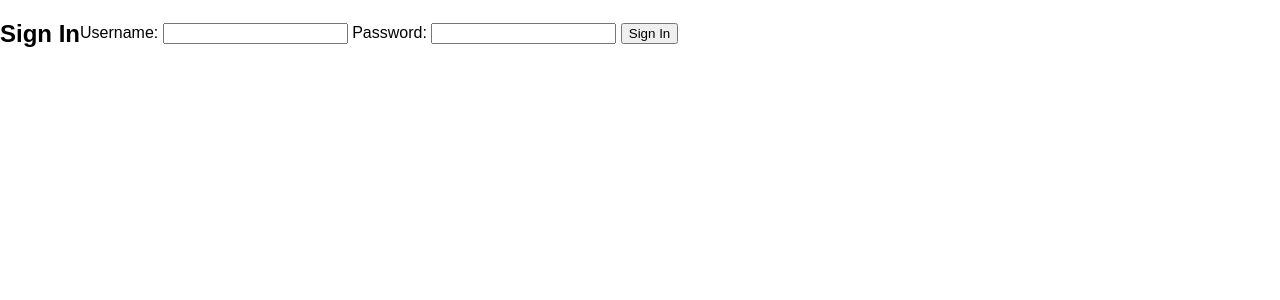
Repository: Ibrahim-Abohola/BookStore
Page: signin.html
An editor plug-in stored every save of this project. The page is shown before and after the next save, followed by the edit.
The browser window is 1280 px wide. The pictures show the whole page.

Above is the page before, as saved 2025-07-15 20:33:32.

### signin.html
<!DOCTYPE html>
<html lang="en">
    <head>
    <meta charset="UTF-8">
    <meta name="viewport" content="width=device-width, initial-scale=1.0">
    <link rel="stylesheet" href="styles.css">
    <title>Sign In</title>
    </head>
    <body>
        <div class="container">
            <h2>Sign In</h2>
        <form action="#">
            <label for="username">Username:</label>
            <input type="text" id="username" name="username" required>
            <label for="password">Password:</label>
            <input type="password" id="password" name="password" required>
            <button type="submit">Sign In</button>
        </form>
        </div>
    </body>
</html>

### styles.css

body {
  font-family: sans-serif;
  margin: 0;
  padding: 0;
}
.container {
    display: flex;
    flex-wrap: wrap;
    align-items: center;
}
 .container > div {
    background-color: aqua;
    font-size: 20px;
    margin: 20px;
    padding: 20px;
    width: 200px;
}
nav ul {
  display: flex;
  list-style: none;
  background: #333;
  padding: 10px;
}
nav ul li a {
  color: white;
  margin: 0 10px;
  text-decoration: none;
}
.hero {
  background: url('images/banner.jpg') center/cover;
  color: white;
  padding: 40px;
  text-align: center;
}
  .highlights {
            padding: 4rem 0;
            background: rgba(255, 255, 255, 0.95);
        }

        .highlights h2 {
            text-align: center;
            margin-bottom: 3rem;
            color: #764ba2;
            font-size: 2.5rem;
        }

        .highlight-grid {
            display: grid;
            grid-template-columns: repeat(auto-fit, minmax(300px, 1fr));
            gap: 2rem;
        }

        .highlight-card {
            background: white;
            padding: 2rem;
            border-radius: 15px;
            box-shadow: 0 10px 30px rgba(0, 0, 0, 0.1);
            transition: transform 0.3s ease;
        }

        .highlight-card:hover {
            transform: translateY(-5px);
        }

        .highlight-card h3 {
            color: #764ba2;
            margin-bottom: 1rem;
        }
.catalog {
  display: flex;
  flex-wrap: wrap;
  gap: 20px;
  padding: 20px;
}
  .catalog-header {
            padding: 2rem 0;
            background: rgba(255, 255, 255, 0.95);
            text-align: center;
        }

        .catalog-header h1 {
            color: #764ba2;
            font-size: 2.5rem;
            margin-bottom: 1rem;
        }

        .books-grid {
            display: grid;
            grid-template-columns: repeat(auto-fit, minmax(300px, 1fr));
            gap: 2rem;
            padding: 2rem 0;
        }

        .book-card {
            background: rgba(255, 255, 255, 0.95);
            border-radius: 15px;
            overflow: hidden;
            box-shadow: 0 10px 30px rgba(0, 0, 0, 0.1);
            transition: transform 0.3s ease;
        }

        .book-card:hover {
            transform: translateY(-5px);
        }

        .book-cover {
            width: 100%;
            height: 300px;
            background: linear-gradient(135deg, #667eea, #764ba2);
            display: flex;
            align-items: center;
            justify-content: center;
            color: white;
            font-size: 1.2rem;
            font-weight: bold;
        }

        .book-info {
            padding: 1.5rem;
        }

        .book-title {
            font-size: 1.3rem;
            font-weight: bold;
            margin-bottom: 0.5rem;
            color: #333;
        }

        .book-author {
            color: #666;
            margin-bottom: 0.5rem;
        }

        .book-genre {
            background: #764ba2;
            color: white;
            padding: 0.3rem 0.8rem;
            border-radius: 20px;
            font-size: 0.9rem;
            display: inline-block;
            margin-bottom: 1rem;
        }

        .availability {
            font-weight: bold;
            margin-bottom: 1rem;
        }

        .available {
            color: #28a745;
        }

        .unavailable {
            color: #dc3545;
        }
         .purchase-btn {
            width: 100%;
            padding: 0.8rem;
            background: linear-gradient(135deg, #667eea, #764ba2);
            color: white;
            border: none;
            border-radius: 10px;
            font-weight: 600;
            cursor: pointer;
            transition: transform 0.3s ease;
        }

        .purchase-btn:hover {
            transform: translateY(-2px);
        }

        .purchase-btn:disabled {
            background: #ccc;
            cursor: not-allowed;
            transform: none;
        }
 .purchase-container {
            padding: 2rem 0;
            min-height: calc(100vh - 80px);
        }

        .purchase-content {
            display: grid;
            grid-template-columns: 1fr 1fr;
            gap: 3rem;
            max-width: 1000px;
            margin: 0 auto;
        }

        .book-details {
            background: rgba(255, 255, 255, 0.95);
            padding: 2rem;
            border-radius: 15px;
            box-shadow: 0 10px 30px rgba(0, 0, 0, 0.1);
        }

        .purchase-form-container {
            background: rgba(255, 255, 255, 0.95);
            padding: 2rem;
            border-radius: 15px;
            box-shadow: 0 10px 30px rgba(0, 0, 0, 0.1);
        }

        .purchase-form h2 {
            color: #764ba2;
            margin-bottom: 1.5rem;
        }

        .price {
            font-size: 1.5rem;
            font-weight: bold;
            color: #764ba2;
            margin: 1rem 0;
        }

.book {
  border: 1px solid #ccc;
  padding: 10px;
  width: calc(33.333% - 40px);
}
footer {
  margin-top: 40px;
  padding: 10px;
  background: #f1f1f1;
  text-align: center;
}

After the next save:
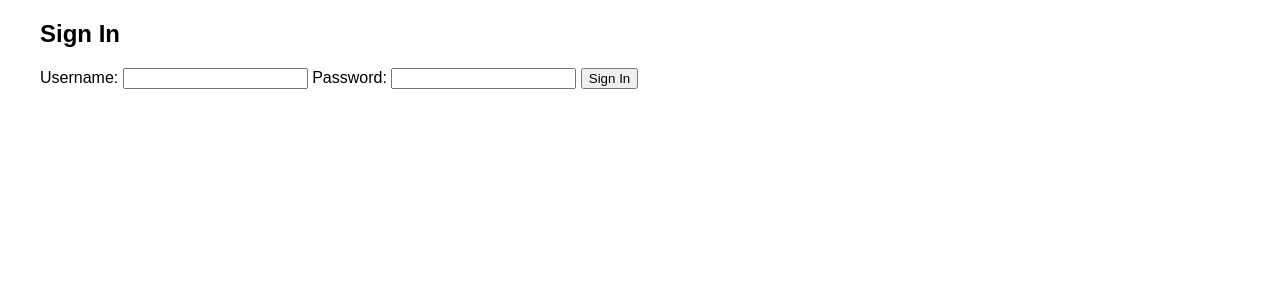
Saved 119 s later.
--- a/styles.css
+++ b/styles.css
@@ -4,18 +4,30 @@ body {
   margin: 0;
   padding: 0;
 }
-.container {
-    display: flex;
-    flex-wrap: wrap;
-    align-items: center;
-}
- .container > div {
-    background-color: aqua;
-    font-size: 20px;
-    margin: 20px;
-    padding: 20px;
-    width: 200px;
-}
+ .container {
+            max-width: 1200px;
+            margin: 0 auto;
+            padding: 0 20px;
+        }
+
+        /* Navigation */
+        nav {
+            background: rgba(255, 255, 255, 0.95);
+            backdrop-filter: blur(10px);
+            padding: 1rem 0;
+            position: fixed;
+            width: 100%;
+            top: 0;
+            z-index: 1000;
+            box-shadow: 0 2px 20px rgba(0, 0, 0, 0.1);
+        }
+
+        nav .container {
+            display: flex;
+            justify-content: space-between;
+            align-items: center;
+        }
+
 nav ul {
   display: flex;
   list-style: none;
